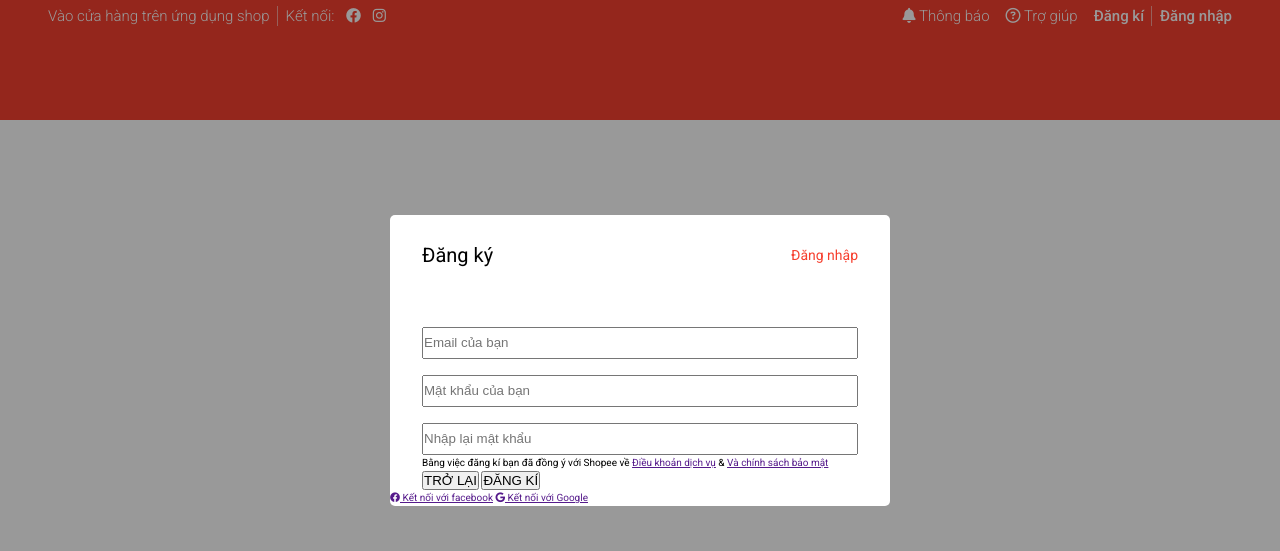
Repository: nguyenhoang2002062929/shoppee
Page: index.html
These files come from the project's save history. The page is drawn as it stood at one moment and after the next save; the edit follows.
The browser window is 1280 px wide. The pictures show the whole page.

Above is the page before, as saved 2023-06-20 10:25:36.

### index.html
<!DOCTYPE html>
<html lang="en">
<head>
    <meta charset="UTF-8">
    <meta name="viewport" content="width=device-width, initial-scale=1.0">
    <title>Document</title>

    <link rel="stylesheet" href="./assets/css/base.css">
    <link rel="stylesheet" href="./assets/css/main.css">
    <link href="https://fonts.googleapis.com/css2?family=Roboto:wght@100;300;400;500;700&display=swap" rel="stylesheet">
    <link rel="stylesheet" href="https://cdnjs.cloudflare.com/ajax/libs/font-awesome/6.4.0/css/all.min.css" integrity="sha512-iecdLmaskl7CVkqkXNQ/ZH/XLlvWZOJyj7Yy7tcenmpD1ypASozpmT/E0iPtmFIB46ZmdtAc9eNBvH0H/ZpiBw==" crossorigin="anonymous" referrerpolicy="no-referrer" />

</head>
<body>
    <div class="app">
        <!-- header -->
        <div class="header">
            <div class="gird">

                <nav class="header__nav">
                    <ul class="header__nav-list">
                        <li class="header__nav-item header__nav-item--separate header__nav-item--hover-qr ">Vào cửa hàng trên ứng dụng shop
                            <!-- header qr code -->
                            <div class="header__qr-code">
                                <img src="./assets/img/qr_code.png" alt="" class="header__qr-code-img">
                                <div class="header__qr-code-app">
                                    <img src="./assets/img/googplay.png" alt="" class="header__app">
                                    <img src="./assets/img/appStore.png" alt="" class="header__app">
                                </div>
                            </div>
                        </li>
                        <li class="header__nav-item">
                            <span>Kết nối:</span>
                            <a href="" class="header_nav-item-icon"> <i class="fab fa-facebook"></i></a>
                            <a href="" class="header_nav-item-icon"> <i class="fab fa-instagram"></i></a>
                        </li>
                    </ul>

                    <ul class="header__nav-list">
                        <li class="header__nav-item header__nav-item--notify "><a class="header__nav-item-link" href=""><i class="fas fa-bell"></i> Thông báo</a>
                           <!-- notify -->
                           <div class="header__notify">
                                <div class="header__notify-header">
                                    <h3 class="notify__title">Thông Báo Mới Nhận</h3>
                                </div>
                                <ul class="notify__list">
                                    <li class="notify__list-item notify__list-item--view">
                                        <img src="https://cf.shopee.vn/file/d52c8e2d6975e3175edda97f317e21cb_tn" alt="" class="notify__list-item-img">
                                        <div class="notify__list-item-text">
                                            <p class="notify__list-item-text-big">Nhanh tay săn ngay mỹ phẩm F8 vào ngày 8/3 để nhận nhiều ưu đãi</p>
                                            <p class="notify__list-item-text-small">Thương hiệu mỹ phẩm đến từ F8, sáng mịn da tự tin ra đường bảo đảm trai bu như kiến hiện đang giảm giá 99% chỉ còn 1k</p>
                                        </div>
                                    </li>
                                    <li class="notify__list-item">
                                        <img src="https://cf.shopee.vn/file/d52c8e2d6975e3175edda97f317e21cb_tn" alt="" class="notify__list-item-img">
                                        <div class="notify__list-item-text">
                                            <p class="notify__list-item-text-big">Nhanh tay săn ngay mỹ phẩm F8 vào ngày 8/3 để nhận nhiều ưu đãi</p>
                                            <p class="notify__list-item-text-small">Thương hiệu mỹ phẩm đến từ F8, sáng mịn da tự tin ra đường bảo đảm trai bu như kiến hiện đang giảm giá 99% chỉ còn 1k</p>
                                        </div>
                                    </li>
                                    <li class="notify__list-item">
                                        <img src="https://cf.shopee.vn/file/d52c8e2d6975e3175edda97f317e21cb_tn" alt="" class="notify__list-item-img">
                                        <div class="notify__list-item-text">
                                            <p class="notify__list-item-text-big">Nhanh tay săn ngay mỹ phẩm F8 vào ngày 8/3 để nhận nhiều ưu đãi</p>
                                            <p class="notify__list-item-text-small">Thương hiệu mỹ phẩm đến từ F8, sáng mịn da tự tin ra đường bảo đảm trai bu như kiến hiện đang giảm giá 99% chỉ còn 1k</p>
                                        </div>
                                    </li>
                                    <li class="notify__list-item notify__list-item--view">
                                        <img src="https://cf.shopee.vn/file/d52c8e2d6975e3175edda97f317e21cb_tn" alt="" class="notify__list-item-img">
                                        <div class="notify__list-item-text">
                                            <p class="notify__list-item-text-big">Nhanh tay săn ngay mỹ phẩm F8 vào ngày 8/3 để nhận nhiều ưu đãi</p>
                                            <p class="notify__list-item-text-small">Thương hiệu mỹ phẩm đến từ F8, sáng mịn da tự tin ra đường bảo đảm trai bu như kiến hiện đang giảm giá 99% chỉ còn 1k</p>
                                        </div>
                                    </li>
                                </ul>
                                <div class="header__notify-footer">Xem tất cả</div>
                            </div>
                        </li>
                        <li class="header__nav-item"><a class="header__nav-item-link" href=""><i class="far fa-question-circle"></i> Trợ giúp</a></li>
                        <li class="header__nav-item header__nav-item--strong header__nav-item--separate">Đăng kí</li>
                        <li class="header__nav-item header__nav-item--strong">Đăng nhập</li>
                    </ul>
                </nav>
            </div>
        </div>

        <!-- container -->
        <div class="container">

        </div>

        <!-- footer -->
        <div class="footer">

        </div>
    </div>

    <!-- modal layout -->
    <div class="modal">
        <div class="modal__overlay"></div>
        <div class="modal__body">
                <!-- Authen form -->
            <div class="auth-form">
                <div class="auth-form__container">
                    <div class="auth-form__header">
                        <h3 class="auth-form__heading">Đăng ký</h3>
                        <span class="auth-form__switch-btn">Đăng nhập</span>
                    </div>
                    <div class="auth-form__form">
                        <div class="auth-form__group">
                            <input type="text" class="auth-form__input" placeholder="Email của bạn">
                        </div>
                        <div class="auth-form__group">
                            <input type="password" class="auth-form__input" placeholder="Mật khẩu của bạn">
                        </div>
                        <div class="auth-form__group">
                            <input type="password" class="auth-form__input" placeholder="Nhập lại mật khẩu">
                        </div>
                    </div>

                    <div class="auth-form__aside">
                        <p class="auth-form__policy-text">Bằng việc đăng kí bạn đã đồng ý với Shopee về
                            <a href="" class="auth-form__policy-link">Điều khoản dịch vụ</a> & <a href="" class="auth-form__policy-link">Và chính sách bảo mật</a>
                        </p>
                    </div>
                <div class="auth-form__controls">
                        <button class="btn">TRỞ LẠI</button>
                        <button class="btn btn--primary">ĐĂNG KÍ</button>
                </div>
                </div>
            <div class="auth-form__social">
                <a href="" class="btn btn--with-icon"><i class="fa-brands fa-facebook"></i> Kết nối với facebook</a>
                <a href="" class="btn btn--with-icon"><i class="fa-brands fa-google"></i> Kết nối với Google</a>
            </div>
            </div>

        </div>
    </div>
</body>
</html>

### assets/css/base.css
:root{
    --white-color: #fff;
    --black-color: #000;
    --text-color: #333;
    --color-main: #f63f2e;
}
*{
    box-sizing: inherit;
    margin: 0;
    padding: 0;
}
html{
    font-size: 62.5%;
    line-height: 1.6rem;
    font-family: 'Roboto', sans-serif;
    box-sizing: border-box;
}
.gird{
    width: 1200px;
    max-width: 1200px;
    margin: 0 auto;
}
.gird__full-width{
    width: 100%;
}
.gird__row{
    display: flex;
    flex-wrap: wrap;
}

### assets/css/main.css

.header{
    width: 100%;
    height: 120px;
    background-color: #f63f2e;
}
.header__nav{
    display: flex;
    justify-content: space-between;

}
.header__nav-list{
    display: flex;
}
.header__nav-item{
    position: relative;
    display: block;
    font-size: 15px;
    color:  var(--white-color);
    text-decoration: none;
    list-style-type: none;
    font-weight: 300;
    margin: 0px 8px;
    cursor: pointer;
    padding: 8px 0;
}
.header_nav-item-icon{
    text-decoration: none;
    color: var(--white-color);
    margin-left: 8px;
}
.header__nav-item-link{
    text-decoration: none;
    color: var(--white-color);
}
.header__nav-item--strong{
    font-weight: 500;
}
.header__nav-item--separate::after{
    content: "";
    height: 20px;
    color: #fff;
    opacity: 0.5;
    border-left: 1px solid #fff;
    position: absolute;
    top: 50%;
    right: -8px;
    transform: translateY(-50%);
}
.header_nav-item-icon:hover,
.header__nav-item:hover,
.header__nav-item-link:hover{
    color: rgba(255, 255, 255, 0.7);
}
.header__nav-item span{
    cursor: default;
    color: var(--white-color);
}
/* <!-- header qr code --> */
.header__qr-code{
    position: absolute;
    width: 186px;
    background-color: var(--white-color);
    left: 0;
    padding: 8px;
    display: none;
    margin-top: 8px;
    animation: inFace ease 0.4s;
}
.header__qr-code-img{
    width: 100%;
}
.header__qr-code-app{
    display: flex;
    justify-content: space-evenly;
}
.header__app{
    height: 16px;
}
.header__nav-item--hover-qr:hover .header__qr-code{
    display: block;
}
@keyframes inFace{
    from{
        opacity: 0;
    }
    to{
        opacity: 1;
    }
}
/* notify */
.header__notify{
    position: absolute;
    width: 404px;
    background-color: #fff;
    right: 0;
    top: 100%;
    border: 1px solid #ddd;
    border-radius: 2px;
    display: none;
    transform-origin: 90% top;
    animation: headerNotify ease-in 0.2s;
    will-change: opacity , transform;
}
@keyframes headerNotify{
    from{
        opacity: 0;
        transform: scale(0);
    }
    to{
        opacity: 1;
        transform: scale(1);
    }
}
.header__notify::before{
    position: absolute;
    content: "";
    border-width: 20px 35px;
    border-style: solid;
    border-color: transparent transparent #fff transparent;
    top: -28px;
    right: 12px;
}
.header__notify-header{
    display: block;
}
.notify__title{
    color:#333;
    font-weight: 300;
    font-size: 1.5rem;
    padding: 8px;
}
.notify__list{
}
.notify__list-item{
    position: relative;
    display: flex;
    color: #000;
    padding-bottom: 8px;
    padding-top: 8px;
}
.notify__list-item-img{
    top: 0;
    width: 48px;
    align-self: flex-start;
    padding: 2px 8px;
    display: inline;
}
.notify__list-item-text-big{
    font-size: 16px;
    font-weight: 400;
    text-overflow: 2px;
    line-height: 1.5;
}
.notify__list-item-text-small{
    font-size: 12px;
    font-weight: 300;
    color: #333;
    margin-top: 4px;
    line-height: 1.4;
}

.header__notify-footer{
    color: #333;
    text-align: center;
    padding: 8px 0;
    display: block;
}
.notify__list-item--view{
    background-color: rgba(239, 187, 176, 0.2)
}
.header__nav-item--notify:hover .header__notify {
    display: block;
}
.notify__list-item--view:hover{
    background-color: #ddd;
}
/* modal-overlay */
.modal{
    position: absolute;
    top: 0;
    bottom: 0;
    right: 0;
    left: 0;
    display: flex;
}
.modal__overlay{
    position: absolute;
    width: 100%;
    height: 100%;
    background-color:rgba(0, 0, 0, 0.4);
}
.modal__body{
    background-color: #fff;
    z-index: 1;
    margin: auto;
    border-radius: 5px;
}
/* authen form */
.auth-form{
    width: 500px;
}
.auth-form__container{
    padding: 0 32px;
}
.auth-form__header{
    display: flex;
    justify-content: space-between;
    padding: 32px 0;
}
.auth-form__heading{
    font-size: 2rem;
    font-weight: 400;
    color: var(--test-color);
}
.auth-form__switch-btn{
    font-size: 1.4rem;
    color: var(--color-main);
    font-weight: 400;
}
.auth-form__form{
    margin-top: 16px;
}
.auth-form__input{
    width: 100%;
    height: 32px;
    margin-top: 16px;

}

After the next save:
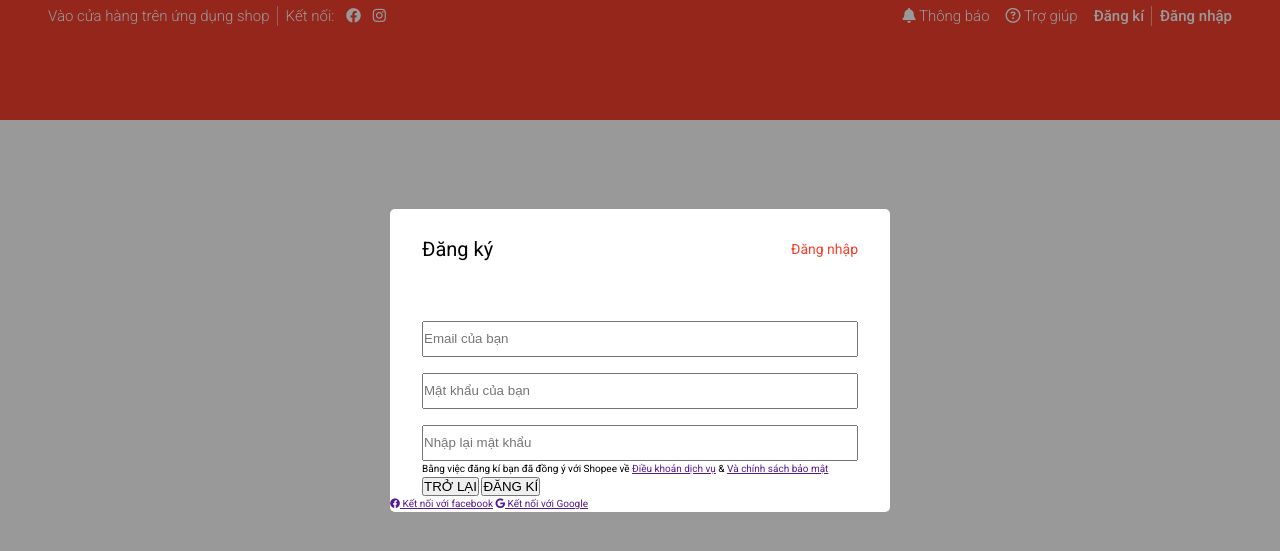
Saved 10 s later.
--- a/assets/css/main.css
+++ b/assets/css/main.css
@@ -223,7 +223,7 @@
 }
 .auth-form__input{
     width: 100%;
-    height: 32px;
+    height: 36px;
     margin-top: 16px;
 
 }
